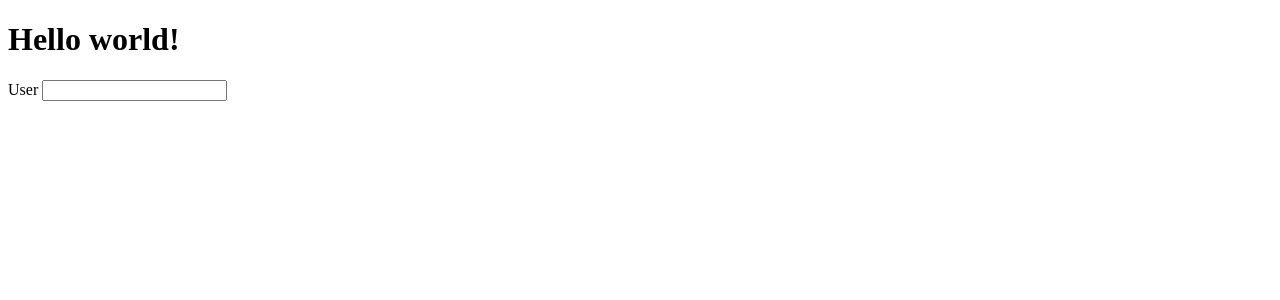
Repository: jairomorenog/proyecto-completo
Page: http://localhost/login/home
The author's editor kept a copy of each file at every save. The page is drawn from the files as they stood at one save, then again after the next save.
The browser window is 1280 px wide. The pictures show the whole page.
The page is served by Tomcat 9.

Above is the page before, as saved 2018-11-20 15:38:25.

After the next save:
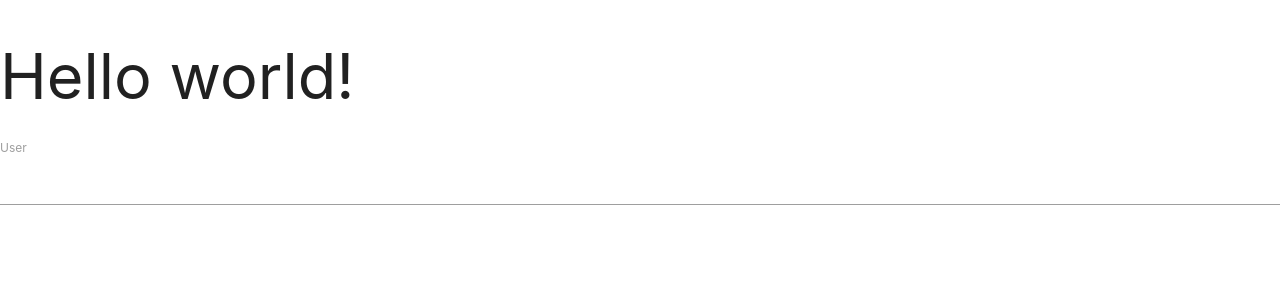
Saved 1 s later.
--- a/login/src/main/webapp/WEB-INF/views/home.jsp
+++ b/login/src/main/webapp/WEB-INF/views/home.jsp
@@ -3,7 +3,7 @@
 <!DOCTYPE html>
 <html>
 <head>
-
+ <link rel="stylesheet" href="https://cdnjs.cloudflare.com/ajax/libs/materialize/1.0.0/css/materialize.min.css">
 	<title>Home</title>
 	<meta http-equiv="content-type" content="text/html; utf-8">
 </head>
@@ -20,6 +20,6 @@
 
 </form>
 
-
+ <script src="https://cdnjs.cloudflare.com/ajax/libs/materialize/1.0.0/js/materialize.min.js"></script>
 </body>
 </html>
